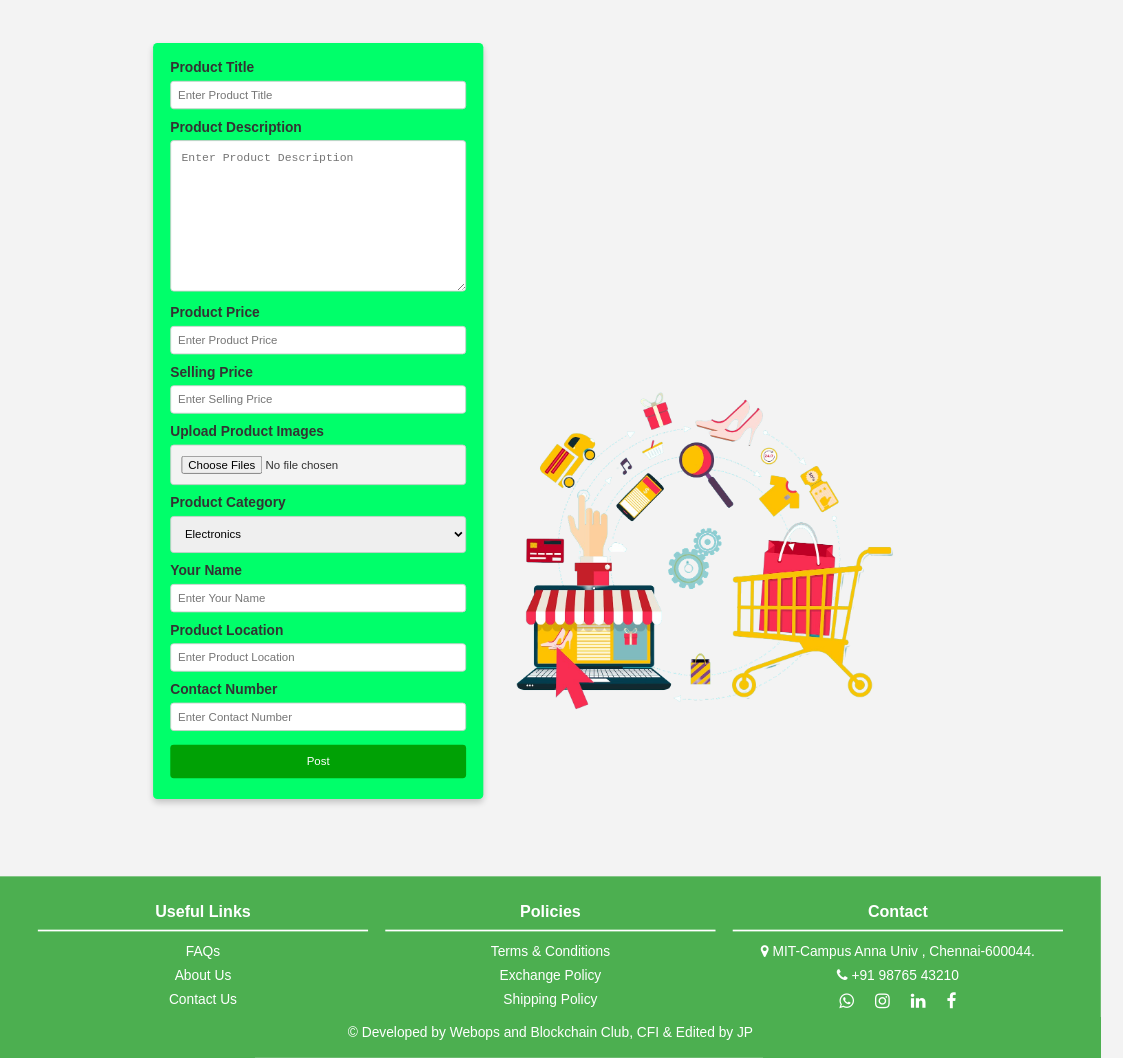
Repository: John-Prabu-A/web-dev-summer-school
Page: Session_1_Assignment/sell.html
The author's editor kept a copy of each file at every save. The page is drawn from the files as they stood at one save, then again after the next save.
The browser window is 1280 px wide. The page is 1280 px wide, then 1306 px, so the pictures cover 1306 px, including what lies to the right of the window. The pictures show the whole page, at 86% of full size.

Above is the page before, as saved 2024-06-20 15:33:22.

### Session_1_Assignment/sell.html
<!DOCTYPE html>
<html lang="en">

<head>
    <meta charset="UTF-8">
    <meta name="viewport" content="width=device-width, initial-scale=1.0">
    <title>InstiOLX</title>
    <link rel="stylesheet" href="Styles.css">
    <link rel="stylesheet" href="https://cdnjs.cloudflare.com/ajax/libs/font-awesome/4.7.0/css/font-awesome.min.css">

    <style>
        body {
            font-family: Arial, Helvetica, sans-serif;
            background-color: #f3f3f3;
        }

        img {
            display:inline-block;
            width: 50dvw;
            height: auto;
        }

        .container {
            display:inline-block;
            position: relative;
            padding: 16px;
            background-color: white;
            left: 10dvw;
            margin: 50px;
            width: 30%;
            border-radius: 10px;
            box-shadow: 0 4px 8px 0 rgba(0, 0, 0, 0.2);
        }

        input[type=text],
        select,
        textarea {
            width: 100%;
            padding: 8px;
            border: 1px solid #ccc;
            border-radius: 4px;
            box-sizing: border-box;
            margin-top: 6px;
            margin-bottom: 12px;
            resize: vertical;
        }

        button {
            background-color: #00a105;
            color: white;
            padding: 12px 20px;
            margin: 4px 0;
            border: none;
            border-radius: 4px;
            cursor: pointer;
            width: 100%;
        }

        button:hover {
            background-color: #007506;
        }

        .container {
            border-radius: 5px;
            background-color: #00ff6a;
            padding: 20px;
        }

        .container label {
            font-weight: bold;
        }

        .container select {
            width: 100%;
            padding: 12px;
            border: 1px solid #ccc;
            border-radius: 4px;
            box-sizing: border-box;
            margin-top: 6px;
            margin-bottom: 12px;
            resize: vertical;
        }

        .container textarea {
            width: 100%;
            padding: 12px;
            border: 1px solid #ccc;
            border-radius: 4px;
            box-sizing: border-box;
            margin-top: 6px;
            margin-bottom: 12px;
            resize: vertical;
        }

        .container input[type=file] {
            width: 100%;
            padding: 12px;
            border: 1px solid #ccc;
            background-color: #f3f3f3;
            border-radius: 4px;
            box-sizing: border-box;
            margin-top: 6px;
            margin-bottom: 12px;
            resize: vertical;
        }
    </style>
</head>

<body>
    <form action="" class="container" method="post">
        <label for="product-title"><b>Product Title</b></label>
        <input type="text" placeholder="Enter Product Title" name="product-title" required>

        <Lable for="product-description"><b>Product Description</b></Lable>
        <textarea name="product-description" id="product-description" cols="30" rows="10"
            placeholder="Enter Product Description" required></textarea>

        <label for="product-price"><b>Product Price</b></label>
        <input type="text" placeholder="Enter Product Price" name="product-price" required>

        <label for="selling-price"><b>Selling Price</b></label>
        <input type="text" placeholder="Enter Selling Price" name="selling-price" required>

        <!-- multiple photo upload -->
        <label for="product-image"><b>Upload Product Images</b></label>
        <input type="file" name="product-image" id="product-image" multiple required>

        <label for="product-category"><b>Product Category</b></label>
        <select name="product-category" id="product-category" required>
            <option value="electronics">Electronics</option>
            <option value="furniture">Furniture</option>
            <option value="vehicles">Vehicles</option>
            <option value="clothing">Clothing</option>
            <option value="books">Books</option>
            <option value="miscellaneous">Miscellaneous</option>
            <option value="other">Other</option>
        </select>

        <label for="seller-name"><b>Your Name</b></label>
        <input type="text" placeholder="Enter Your Name" name="seller-name" required>

        <label for="product-location"><b>Product Location</b></label>
        <input type="text" placeholder="Enter Product Location" name="product-location" required>

        <label for="product-contact"><b>Contact Number</b></label>
        <input type="text" placeholder="Enter Contact Number" name="product-contact" required>

        <button type="submit">Post</button>
    </form>
    <img src="/Session_1_Assignment/sell-page-bg.png" alt="sell-page-image">
    <footer class="footer">
        <div class="footer-container">
            <div class="footer-column">
                <h3>Useful Links</h3>
                <ul>
                    <li><a href="#">FAQs</a></li>
                    <li><a href="#">About Us</a></li>
                    <li><a href="#">Contact Us</a></li>
                </ul>
            </div>
            <div class="footer-column">
                <h3>Policies</h3>
                <ul>
                    <li><a href="#">Terms & Conditions</a></li>
                    <li><a href="#">Exchange Policy</a></li>
                    <li><a href="#">Shipping Policy</a></li>
                </ul>
            </div>
            <div class="footer-column">
                <h3>Contact</h3>
                <p><i class="fa fa-map-marker"></i> MIT-Campus Anna Univ , Chennai-600044.</p>
                <p><i class="fa fa-phone"></i> +91 98765 43210</p>
                <div class="social-icons">
                    <a href="#" class="fa fa-whatsapp"></a>
                    <a href="#" class="fa fa-instagram"></a>
                    <a href="#" class="fa fa-linkedin"></a>
                    <a href="#" class="fa fa-facebook"></a>
                </div>
            </div>
            © Developed by Webops and Blockchain Club, CFI & Edited by JP
        </div>
    </footer>
</body>

</html>

### Session_1_Assignment/Styles.css
* {
    box-sizing: border-box;
    margin: 0;
    padding: 0;
}

body {
    font-family: 'Gill Sans', 'Gill Sans MT', Calibri, 'Trebuchet MS', sans-serif;
    background-color: white;
    color: #333;
}

header{
    background-color: #4CAF50;
    color: white;
    padding: 20px;
    display: flex;
    justify-content: space-between;
    align-items: center;
    position: fixed;
    width: 100%;
    z-index: 100;
  }
  header #logo {
    font-size: 2em;
  }

  header .navbar a{
    color: white;
    font-weight: bold;
    font-size: 18px;
    padding: 12px 15px;
    text-decoration: none;
  }
  header .navbar a:hover{
    background-color: #45a049;
  }
.banner {
    position: relative;
    padding: 60px 0 0 0;
}

.banner img {
    width: 100%;
}

.search-bar {
    margin: 20px;
    display: flex;
    justify-content: center;
}

.search-bar input[type="text"] {
    width: 300px;
    padding: 10px;
    border: 2px solid #4CAF50;
    border-radius: 5px 0 0 5px;
    border-right: 0;
    outline: none;             /*On starting to type it creates balck border by default,so to avoid it v use this*/
}

.search-bar button {
    padding: 10px 20px;
    border: 2px solid #4CAF50;
    border-left: 0;
    background-color: #4CAF50;
    color: white;
    cursor: pointer;
    border-radius: 0 5px 5px 0;
}

.search-bar button:hover {
    background-color: #45a049;
}

.slideshow-container {
    display: flex;
    justify-content: center;
    gap: 50px;
    flex-wrap: wrap;
}

.slideshow {
    position: relative;
    width: 350px;
    height: 350px;
    overflow: hidden;
    border-radius: 20px;
    border: 2px solid #ddd;
    box-shadow: 0 0 10px rgba(0, 0, 0, 0.1);
}

.slideshow-image {
    position: absolute;
    width: 100%;
    height: 100%;
    background-size: cover;
    opacity: 0;
    animation-iteration-count: infinite;
}

.image1 { background-image: url('https://encrypted-tbn0.gstatic.com/images?q=tbn:ANd9GcQVwGVsuaL7RGKo6A_Sqq83s5_6XYFMhHsjug&s');
          animation-name: fade1;
          animation-duration: 4s; }
.image2 { background-image: url('https://5.imimg.com/data5/WS/NI/FV/SELLER-11710265/mad-maxx-bicycles-avengers-single-kids-cycle-500x500.jpg');
          animation-name: fade2;
          animation-duration: 4s; }
.image3 { background-image: url('https://5.imimg.com/data5/SELLER/Default/2022/7/YX/MH/UK/153492086/pulsar-150cc-twin-disk-500x500.png');
          animation-name: fade3;
          animation-duration: 4s; }
.image4 { background-image: url('https://cpimg.tistatic.com/07673503/b/4/Toyota-Innova-Crysta.jpg');
          animation-name: fade1;
          animation-duration: 4s; }
.image5 { background-image: url('https://tiimg.tistatic.com/fp/1/007/862/most-advanced-modern-premium-lg-7-kg-front-fully-automatic-washing-machine-255.jpg');
          animation-name: fade2;
          animation-duration: 4s; }
.image6 { background-image: url('https://5.imimg.com/data5/SELLER/Default/2022/3/MI/KE/UL/19250422/whirlpool-1-0-ton-3-star-inverter-split-ac-500x500.jpg');
          animation-name: fade3;
          animation-duration: 4s; }
.image7 { background-image: url('https://5.imimg.com/data5/SELLER/Default/2021/8/HZ/XR/AC/8962391/household-vacuum-cleaner-500x500.jpg');
          animation-name: fade1;
          animation-duration: 4s; }
.image8 { background-image: url('https://static.nbastore.in/resized/500X500/50/nba-authentic-series-indoor-outdoor-basketball-size-7-brown-65146fd7e6af2.jpg');
          animation-name: fade2;
          animation-duration: 4s; }
.image9 { background-image: url('https://m.media-amazon.com/images/I/61KOc8c4xQL._SL1200_.jpg');
          animation-name: fade3;
          animation-duration: 4s; }

@keyframes fade1 {
    0%, 33.33% { opacity: 1; }
    33.34%, 100% { opacity: 0; }
}
@keyframes fade2 {
    0%, 33.33% { opacity: 0; }
    33.34%, 66.66% { opacity: 1; }
    66.67%, 100% { opacity: 0; }
}
@keyframes fade3 {
    0%, 66.66% { opacity: 0; }
    66.67%, 100% { opacity: 1; }
}

.container {
    position: relative;
    max-width: 100%;
  }

    .image {
        opacity: 1;
        display: block;
        width: 100%;
        height: auto;
    }

  .middle {
    opacity: 0;
    position: absolute;
    top: 50%;
    left: 50%;
    transform: translate(-50%, -50%);
    text-align: center;
  }
  .text {
    color: #4CAF50;
    font-size: 16px;
    padding: 16px 32px;
    font-weight: bold;
  }
  .container:hover .image {
    opacity: 0.3;
  }

  .container:hover .middle {
    opacity: 1;
  }


.product-listings {
    display: flex;
    flex-wrap: wrap;
    justify-content: center;
    margin: 20px;
    border: 5px solid #4CAF50;
    border-radius: 15px;
    padding: 25px;
}

.product {
    background-color: white;
    border: 2px solid #e0e0e0;
    border-radius: 10px;
    margin: 30px;
    padding: 15px;
    width: 220px;
    text-align: center;
    transition: transform 0.5s, box-shadow 0.3s;
}

.product:hover {
    box-shadow: 0 4px 8px rgba(0, 0, 0, 0.2);
    transform: scale(1.05);
}

.product img {
    max-width: 100%;
    border-bottom: 1px solid #e0e0e0;
    margin-bottom: 10px;
}

.product-info h2 {
    font-size: 1.2em;
    margin-bottom: 10px;
    color: #4CAF50;
}

.product-info p {
    font-size: 1em;
    color: #777;
}

.footer {
    background-color: #4CAF50;
    color: white;
    text-align: center;
    padding: 20px 0;
    margin-top: 40px;
}

.footer-container {
    display: flex;
    flex-wrap: wrap;
    justify-content: center;
}

.footer-column {
    width: 30%;
    margin: 10px;
}

.footer-column h3 {
    border-bottom: 2px solid #fff;
    padding-bottom: 10px;
    margin-bottom: 15px;
}

.footer-column ul {
    list-style-type: none;
}

.footer-column ul li {
    margin: 10px ;
}

.footer-column ul li a {
    color: white;
    text-decoration: none;
}

.footer-column p {
    margin-top: 10px;
}

.footer-column .social-icons {
    margin-top: 10px;
}

.footer-column .social-icons a {
    color: white;
    text-decoration: none;
    margin: 0 10px;
    font-size: 20px;
}

After the next save:
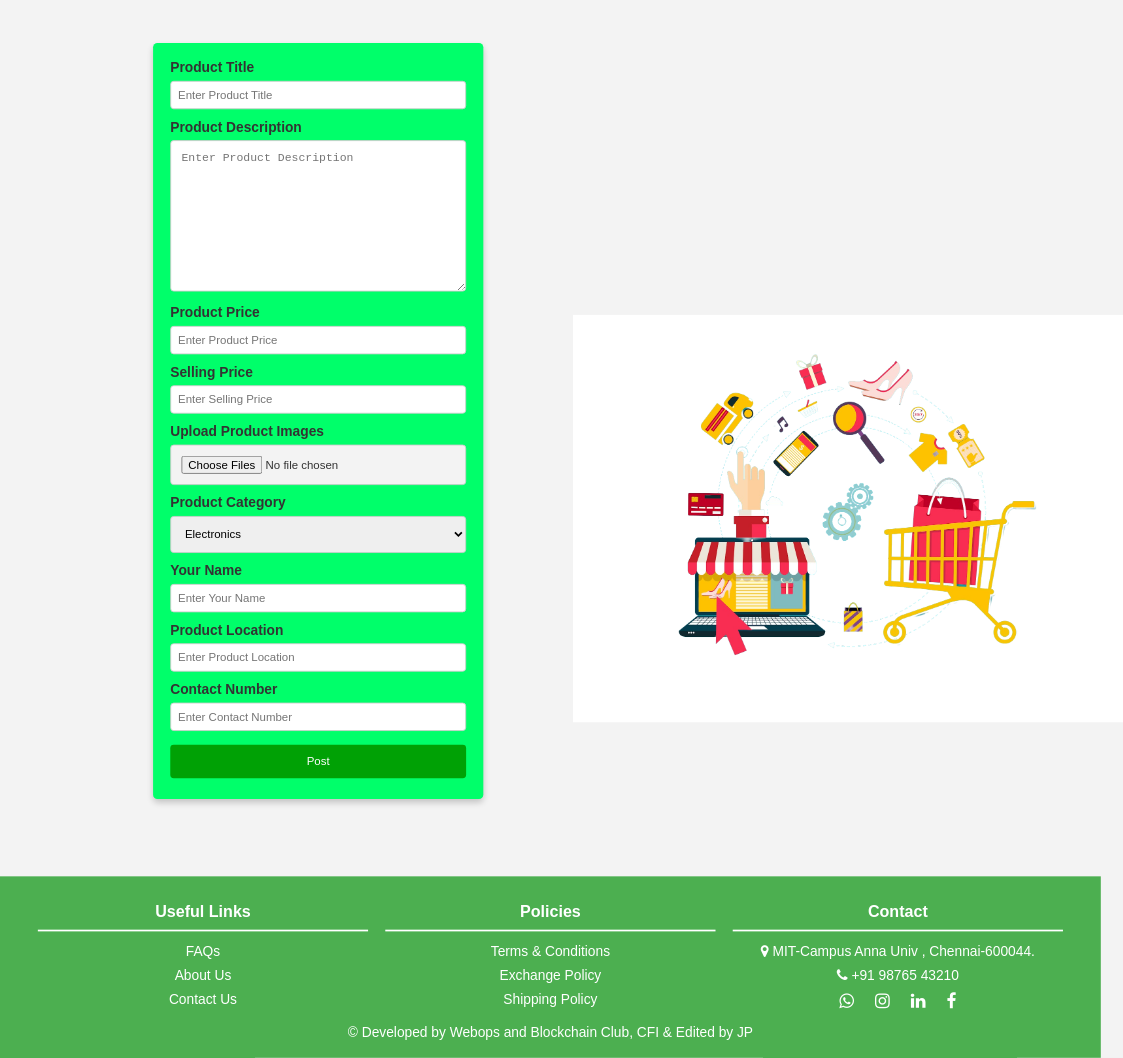
Saved 36 s later.
--- a/Session_1_Assignment/sell.html
+++ b/Session_1_Assignment/sell.html
@@ -16,6 +16,11 @@
 
         img {
             display:inline-block;
+            position: relative;
+            padding: 16px;
+            background-color: white;
+            left: 10dvw;
+            margin: 50px;
             width: 50dvw;
             height: auto;
         }
